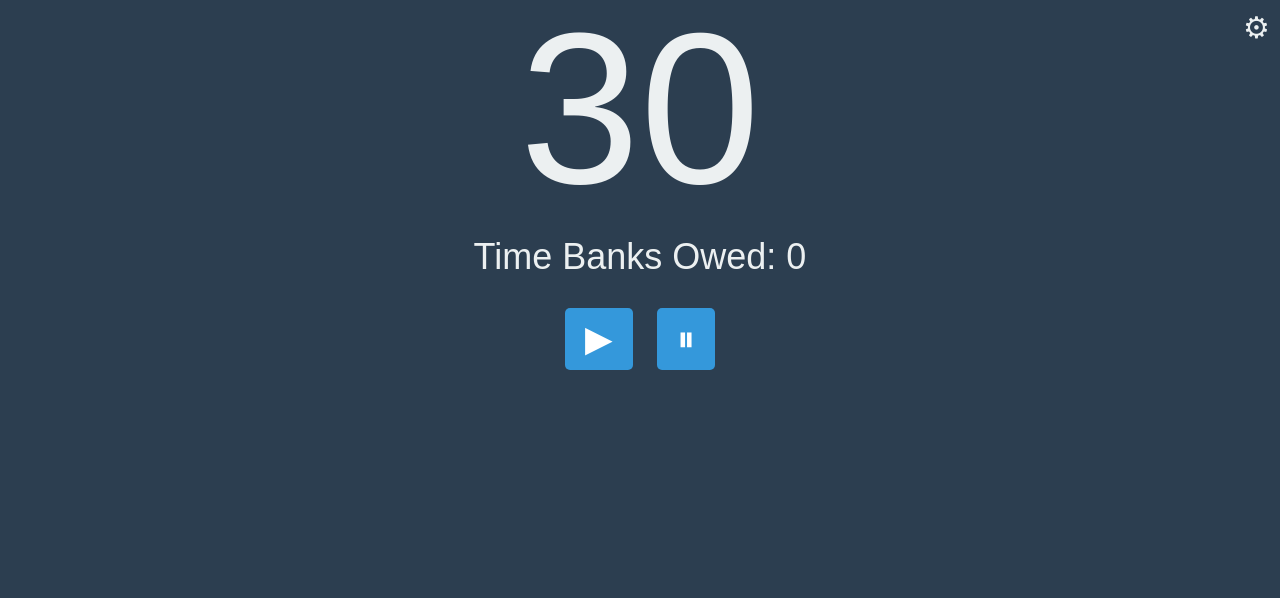
Repository: STnaidoo/poker-shot-clock
Page: index.html
An editor plug-in stored every save of this project. The page is shown before and after the next save, followed by the edit.
The browser window is 1280 px wide. The pictures show the whole page.

Above is the page before, as saved 2024-10-31 12:41:02.

After the next save:
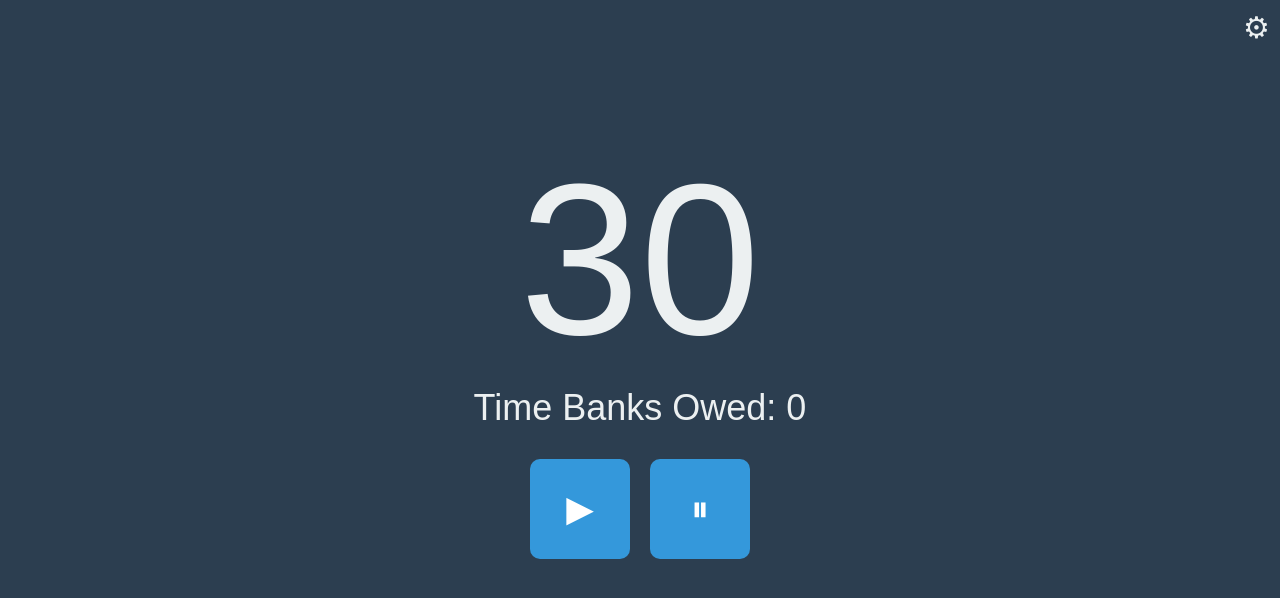
Saved 3 h 16 min later.
--- a/index.html
+++ b/index.html
@@ -16,6 +16,7 @@
             padding: 0;
             transition: background-color 0.5s;
             text-align: center;
+            height: 100vh; /* Ensure full viewport height */
         }
 
         #settingsIcon {
@@ -30,6 +31,7 @@
             font-size: 30vh;
             line-height: 1;
             cursor: pointer;
+            margin: 0;
         }
 
         #timeBanks {
@@ -37,23 +39,29 @@
             margin-top: 20px;
         }
 
+        #buttons {
+            margin-top: 20px;
+            display: flex;
+            justify-content: center;
+        }
+
         .button {
             font-size: 5vh;
-            padding: 10px 20px;
+            width: 100px;
+            height: 100px;
             margin: 10px;
             background-color: #3498db;
             border: none;
             color: #fff;
             cursor: pointer;
-            border-radius: 5px;
+            border-radius: 10px;
+            display: flex;
+            align-items: center;
+            justify-content: center;
         }
 
         .button:active {
             background-color: #2980b9;
-        }
-
-        #buttons {
-            margin-top: 20px;
         }
     </style>
 </head>
@@ -168,6 +176,16 @@
             oscillator.stop(context.currentTime + 0.05); // Tick duration in seconds
         }
 
+        function playRestartSound() {
+            var context = new (window.AudioContext || window.webkitAudioContext)();
+            var oscillator = context.createOscillator();
+            oscillator.type = "square";
+            oscillator.frequency.setValueAtTime(300, context.currentTime); // Lower frequency for tap sound
+            oscillator.connect(context.destination);
+            oscillator.start();
+            oscillator.stop(context.currentTime + 0.05); // Short duration
+        }
+
         function resetTimer() {
             clearInterval(timerId);
             clearInterval(flashIntervalId);
@@ -175,6 +193,7 @@
             timeLeft = initialTime;
             timerDisplay.textContent = timeLeft;
             document.body.style.backgroundColor = '#2c3e50'; // Reset background color
+            playRestartSound(); // Play restart sound
             isRunning = true;
             timerId = setInterval(countdown, 1000);
         }
